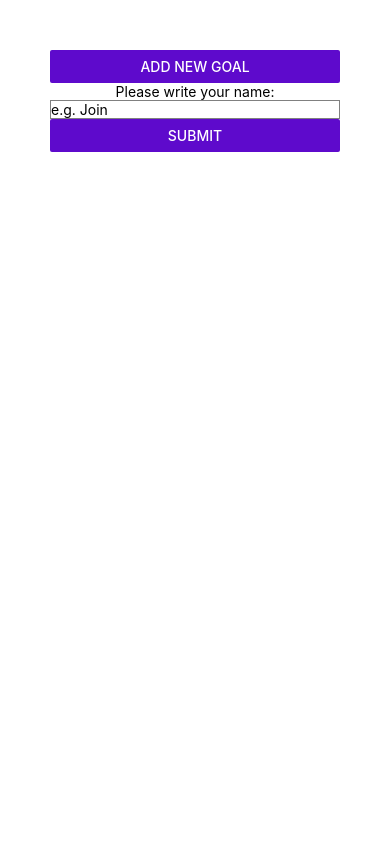
Repository: ntu34543/React-Native-Example1
Screen: /
These files come from the project's save history. The screen is drawn as it stood at one moment and after a run of saves; the edit follows.
The app was drawn by React Native's web renderer in a window 390 px wide. The project was rebuilt for these pictures with package versions that can differ from the ones it lists, and the page was loaded fresh each time. Also part of the build but not shown: components/Goalltem.js.

Above is the screen before, as saved 2022-09-12 15:37:28.

After the next 6 saves:
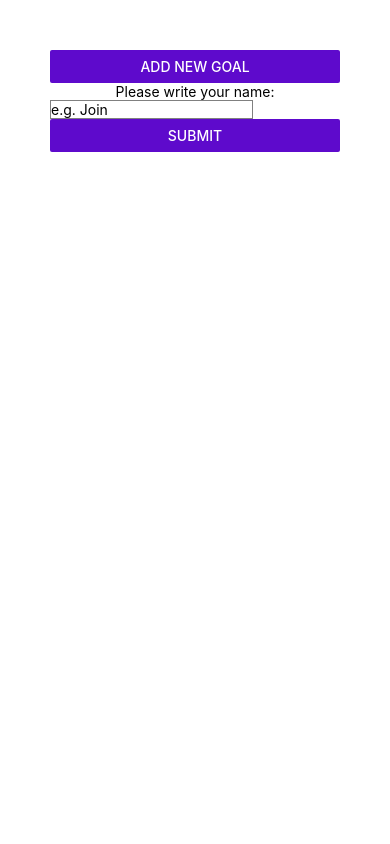
The 6 saves are shown as one change because they came seconds apart.
The last was saved 16 s later.
--- a/App.js
+++ b/App.js
@@ -113,5 +113,6 @@ const styles = StyleSheet.create({
   input: {
     borderWidth: 1,
     borderColor: 'grey',
+    width: '70%',
   }
 });
